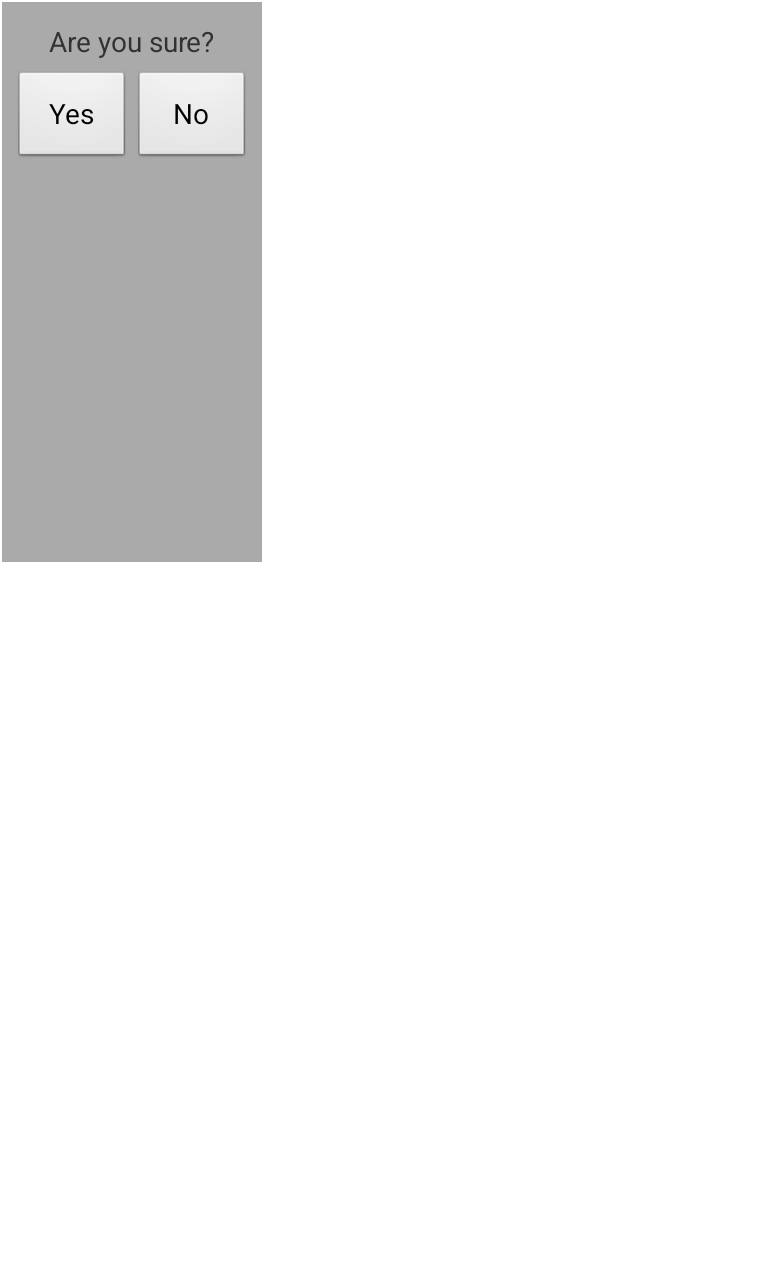
Repository: jwisch91/CS390-Project
Layout: workspace/testing/res/layout/confirmation_popup.xml
These files come from the project's save history. The layout is drawn as it stood at one moment and after the next save; the edit follows.
It is drawn on a 768 x 1280 px phone screen (xhdpi) without system bars, with theme android:Theme.Light; the app's code is not run.

Above is the layout before, as saved 2013-04-12 02:50:08.

### workspace/testing/res/layout/confirmation_popup.xml
<?xml version="1.0" encoding="utf-8"?>
<LinearLayout xmlns:android="http://schemas.android.com/apk/res/android"
    android:layout_width="140dp"
    android:layout_height="200dp"
    android:orientation="vertical"
    android:background="@android:color/background_light">
 <LinearLayout
     android:layout_width="130dp"
     android:layout_height="280dp"
     android:orientation="vertical"
     android:layout_margin="1dp"
     android:background="@android:color/darker_gray">

    <RelativeLayout
      android:layout_width="wrap_content"
      android:layout_height="wrap_content"
      android:orientation="vertical"
      android:layout_margin="5dp">

        <Button
            android:id="@+id/reregister_yes"
            android:layout_width="60dp"
            android:layout_height="wrap_content"
            android:layout_below="@+id/reregister_top"
            android:layout_alignParentLeft="true"
            android:layout_gravity="bottom"
            android:text="Yes" />

        <Button
            android:id="@+id/reregister_no"
            android:layout_width="60dp"
            android:layout_height="wrap_content"
            android:layout_below="@+id/reregister_top"
            android:layout_alignParentRight="true"
            android:layout_gravity="bottom"
            android:text="No" />

        <TextView
            android:id="@+id/reregister_top"
            android:layout_width="wrap_content"
            android:layout_height="wrap_content"
            android:layout_alignParentTop="true"
            android:layout_centerHorizontal="true"
            android:text="Are you sure?"
            android:layout_margin="5dp" />

    </RelativeLayout>
</LinearLayout>
</LinearLayout>

After the next save:
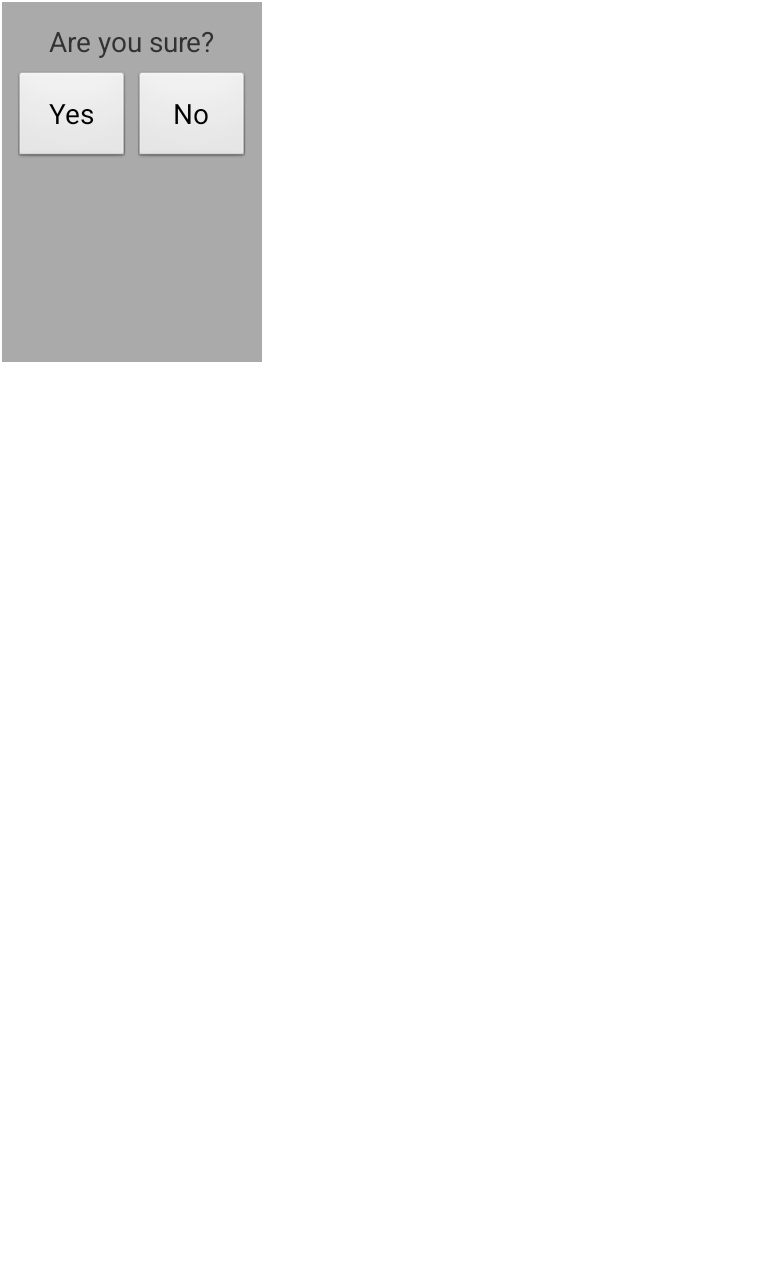
Saved 8 s later.
--- a/workspace/testing/res/layout/confirmation_popup.xml
+++ b/workspace/testing/res/layout/confirmation_popup.xml
@@ -6,7 +6,7 @@
     android:background="@android:color/background_light">
  <LinearLayout
      android:layout_width="130dp"
-     android:layout_height="280dp"
+     android:layout_height="180"
      android:orientation="vertical"
      android:layout_margin="1dp"
      android:background="@android:color/darker_gray">
